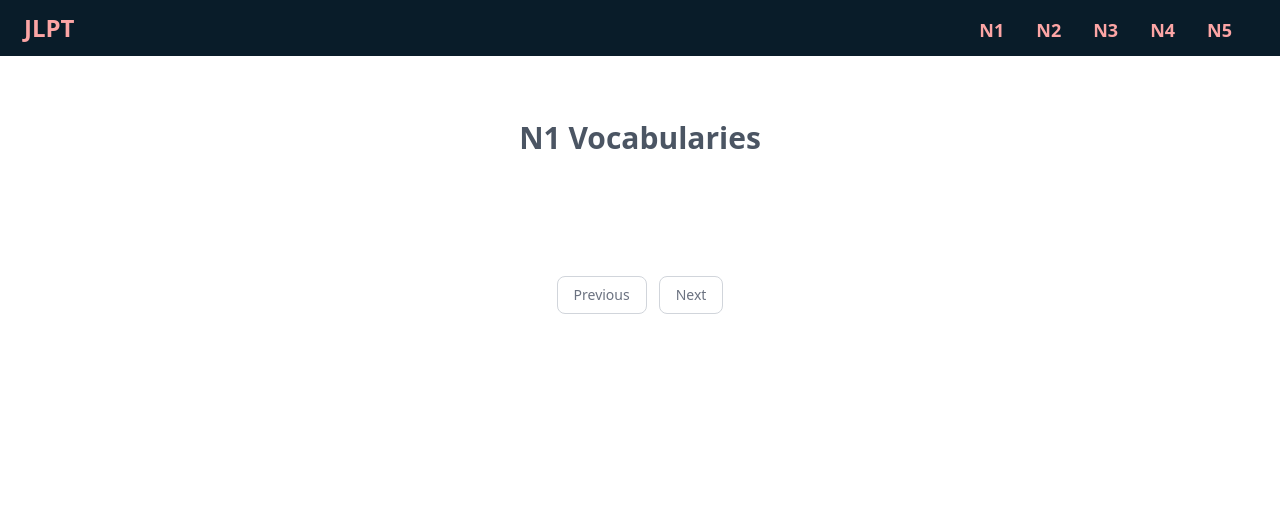
Repository: Penglee25/JLPT-vocabulary
Page: /n1
These files come from the project's save history. The page is drawn as it stood at one moment and after the next save; the edit follows.
The browser window is 1280 px wide. The pictures show the whole page.
The project was rebuilt for these pictures with package versions that can differ from the ones it lists, and the page was loaded fresh each time. The framework's server and built-in components were replaced by stand-ins that run in the browser. Also part of the build but not shown: next.config.js, src/styles/main.css.

Above is the page before, as saved 2023-03-17 15:37:13.

### src/pages/_app.tsx
import type { AppProps } from 'next/app';
import React from 'react';
import Head from '../components/head';

import '../styles/global.css';
import '../styles/main.css';

function MyApp({ Component, pageProps }: AppProps) {
  return (
    <React.Fragment>
      <Head />
      <Component {...pageProps} />
    </React.Fragment>
  )
}

export default MyApp;

### src/pages/n1.tsx
import { useState } from "react";
import Navbar from "../components/navbar";
import { pickDB } from "../utils/search-words";

export default function n1() {

    const [wordPost, setWordPost] = useState();
    const data = pickDB(1);
    const itemsPerPage = 3;

    const [currentPage, setCurrentPage] = useState(1);
    const totalPages = Math.ceil(data.length / itemsPerPage);

    const handlePrevClick = () => {
        setCurrentPage((prevPage) => prevPage - 1);
    };

    const handleNextClick = () => {
        setCurrentPage((prevPage) => prevPage + 1);
    };

    const renderData = () => {
        const start = (currentPage - 1) * itemsPerPage;
        const end = start + itemsPerPage;
        return data.slice(start, end).map((item, index) => (
            <div key={index} className="block rounded-lg bg-red-300 p-6 shadow-lg dark:bg-neutral-700">
                <span className='text-2xl font-bold text-red-600'>asd</span>
                <p className='my-0 text-lg'>Furigana: {item.furigana}</p>
                <p className='my-0 text-lg'>Romaji: {item.romaji}</p>
                <p className='my-0 text-lg'>Level: {item.level}</p>
            </div>
        ));
    };





    return (
        <div>
            <Navbar />
            <div className="container p-10">

                <div className="text-center my-20">
                    <span className="text-3xl text-gray-600 font-bold">N1 Vocabularies</span>
                </div>

                <div className=" grid md:grid-cols-5 gap-3 grid-cols-3">

                </div>

                <div className="pagination text-center mt-10">
                    <a href="#" className="inline-flex items-center px-4 py-2 text-sm font-medium text-gray-500 bg-white border border-gray-300 rounded-lg hover:bg-gray-100 hover:text-gray-700 dark:bg-gray-800 dark:border-gray-700 dark:text-gray-400 dark:hover:bg-gray-700 dark:hover:text-white">
                        Previous
                    </a>
                    <a href="#" className="inline-flex items-center px-4 py-2 ml-3 text-sm font-medium text-gray-500 bg-white border border-gray-300 rounded-lg hover:bg-gray-100 hover:text-gray-700 dark:bg-gray-800 dark:border-gray-700 dark:text-gray-400 dark:hover:bg-gray-700 dark:hover:text-white">
                        Next
                    </a>
                </div>

            </div>
        </div>
    )
}

### src/components/head.tsx
import NextHead from 'next/head';

const title = 'JLPT Vocabulary API';
const desc = 'A RESTful / GraphQL API for JPLT vocabulary from N5 to N1';
const url = 'https://jlpt-keiz.vercel.app';

export default function Head() {
  return (
    <NextHead>
      <title>{title}</title>
      <meta name="description" content={desc} />
      <link rel="shortcut icon" type="image/x-icon" href="/icon-r.png" />

      <meta property="og:type" content="website" />
      <meta property="og:title" content={title} />
      <meta property="og:description" content={desc} />
      <meta property="og:url" content={url} />
      <meta property="og:image" content={`${url}/icon-s.png`} />

      <meta name="twitter:card" content="summary" />
    </NextHead>
  );
}

### src/styles/global.css
@tailwind base;
@tailwind components;
@tailwind utilities;

html {
  @apply antialiased;
}

.levels{
  color: #a2a2a2;
  font-weight: 600;
  transition: .3s;
  cursor: pointer;
}

.levels::after{
  content: '\261B';
  margin-left: 5px;
  position: absolute;
}

.levels:hover{
  color: black;
  text-decoration: underline;
}

### src/components/navbar.tsx
import Link from 'next/link'
import { useState } from 'react'

import { navLinks } from '../utils/data'

export default function Navbar() {
    const [isOpen, setIsOpen] = useState(false)
    const animate = useState(true)


    const NavMobile = ({ onClick }: any) => {
        // const animate = useStartAnimation()

        // return (
        //     <div className={`md:hidden flex flex-col text-white font-dosis w-11/12 mx-auto pl-2 pb-5 ${animate? '': 'translate-x-60 -translate-y-7 opacity-0'} transform transition duration-1000`}>

        //     </div>
        // )
    }

    return (
        <div style={{ backgroundColor: '#091c29' }} className='fixed top-0 w-full z-20 px-6'>
            <div className="w-full mx-auto py-3 flex items-center justify-between text-red-300 font-dosis transform transition duration-2500 text-2xl font-bold cursor-pointer">
                <Link href={navLinks[0].path}>
                <h3> JLPT </h3>
                </Link>
                <div className={`hidden md:block ${animate ? '' : 'translate-x-20 opacity-0'} transform transition duration-2500`}>
                    {
                        navLinks.map((nav: any, i) => (
                            <Link key={i} href={nav.path}>
                                <span className='font-bold text-lg mr-4 px-2 cursor-pointer border-b-2 border-transparent hover:border-white anim'>{nav.name}</span>
                            </Link>
                        ))
                    }
                </div>

                <div className='md:hidden -mr-1 flex'>
                </div>
            </div>


        </div>
    )
}

### src/utils/search-words.ts
import { Word, WordsResponse, Level } from '../types';
import { all, n1, n2, n3, n4, n5 } from '../../data-source/db'

export const pickDB = (level?: number): Word[] => {
  if (level === 1) return n1
  if (level === 2) return n2
  if (level === 3) return n3
  if (level === 4) return n4
  if (level === 5) return n5
  return all
}

export const search = (db: Word[], word: string): Word[] => {
  return db.filter(w => w.word === word)
}

export const searchWords = (
  { offset, limit, level, word }: { offset: number; limit: number; level?: Level, word?: string }
) => {
  limit = limit || 10
  offset = offset || 0
  const db = pickDB(level)
  const result = word ? search(db, word) : db
  const start = offset * limit;
  const words = result.slice(start, start + limit);
  const data: WordsResponse = {
    total: result.length,
    offset,
    limit,
    words,
  };
  return data;
}

export const randomWord = (level?: number) => {
  const db = pickDB(level)
  return db[Math.floor(Math.random() * db.length)];
}

### src/utils/data.ts
export const navLinks = [
    { name: "",
     path: "/"
    },
    {
      name: "N1",
      path: "/n1",
    },
    {
      name: "N2",
      path: "/N2",
    },
    {
      name: "N3",
      path: "/N3",
    },
    {
      name: "N4",
      path: "/N4",
    },
    {
      name: "N5",
      path: "/N5",
    },
  ];

### data-source/db/index.ts
import _all from './all.json'
import _n1 from './n1.json'
import _n2 from './n2.json'
import _n3 from './n3.json'
import _n4 from './n4.json'
import _n5 from './n5.json'
import { Word } from '../../src/types'

export const all = _all as Word[]
export const n1 = _n1 as Word[]
export const n2 = _n2 as Word[]
export const n3 = _n3 as Word[]
export const n4 = _n4 as Word[]
export const n5 = _n5 as Word[]

### tailwind.config.js
module.exports = {
	content: ["./src/**/*.tsx"],
	theme: {
		extend: {
			animation: {
				none: "none",
				spin: "spin 1s linear infinite",
				ping: "ping 1s cubic-bezier(0, 0, 0.2, 1) infinite",
				pulse: "pulse 2s cubic-bezier(0.4, 0, 0.6, 1) infinite",
				pulse1s: "pulse1s 1s cubic-bezier(0.4, 0, 0.6, 1) infinite",
				bounce: "bounce 1s infinite",
				newbounce: "newbounce 1s infinite",
				rebounce: "rebounce 1s infinite",
				float: "float 3s infinite",
				refloat: "refloat 3s infinite",
			},
			fontSize: {
				xs: ["0.75rem", { lineHeight: "1rem" }],
				sm: ["0.875rem", { lineHeight: "1.25rem" }],
				base: ["1rem", { lineHeight: "1.5rem" }],
				lg: ["1.125rem", { lineHeight: "1.75rem" }],
				xl: ["1.25rem", { lineHeight: "1.75rem" }],
				"2xl": ["1.5rem", { lineHeight: "2rem" }],
				"3xl": ["1.875rem", { lineHeight: "2.25rem" }],
				"4xl": ["2.25rem", { lineHeight: "2.5rem" }],
				"5xl": ["3rem", { lineHeight: "1" }],
				"6xl": ["3.75rem", { lineHeight: "1" }],
				"7xl": ["4.5rem", { lineHeight: "1" }],
				"8xl": ["6rem", { lineHeight: "1" }],
				"9xl": ["8rem", { lineHeight: "1" }],
			},
		},
	},
	plugins: [require("@tailwindcss/typography")],
};

Loaded but not shown: data-source/db/all.json (1 lines, source omitted); data-source/db/n1.json (1 lines, source omitted); data-source/db/n2.json (1 lines, source omitted); data-source/db/n3.json (1 lines, source omitted); data-source/db/n5.json (1 lines, source omitted); data-source/db/n4.json (1 lines, source omitted)

After the next save:
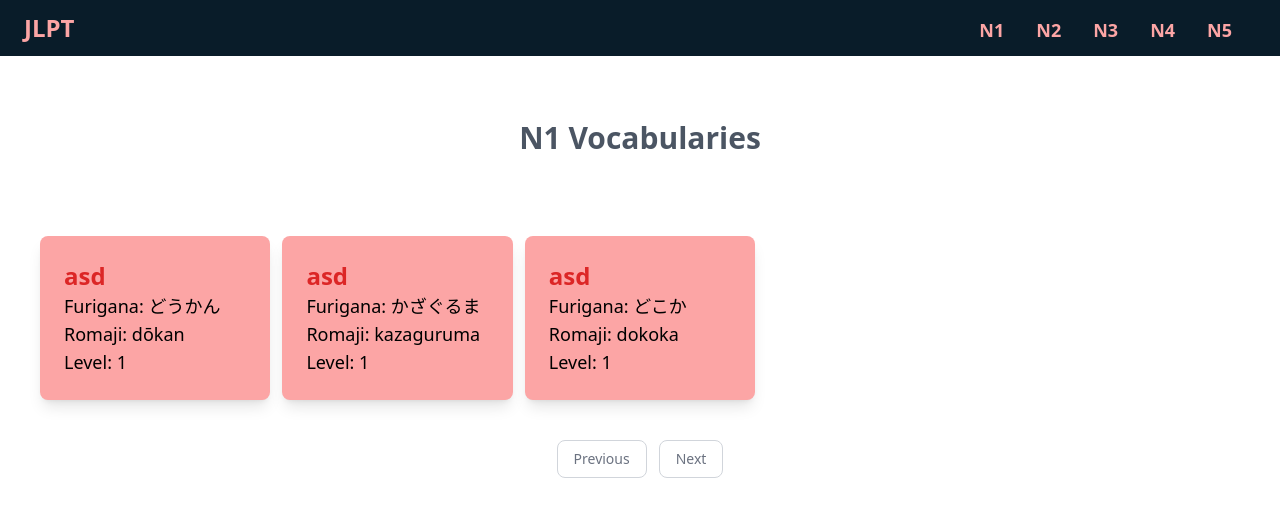
Saved 5 s later.
--- a/src/pages/n1.tsx
+++ b/src/pages/n1.tsx
@@ -46,7 +46,7 @@ export default function n1() {
                 </div>
 
                 <div className=" grid md:grid-cols-5 gap-3 grid-cols-3">
-
+                    {renderData()}
                 </div>
 
                 <div className="pagination text-center mt-10">
